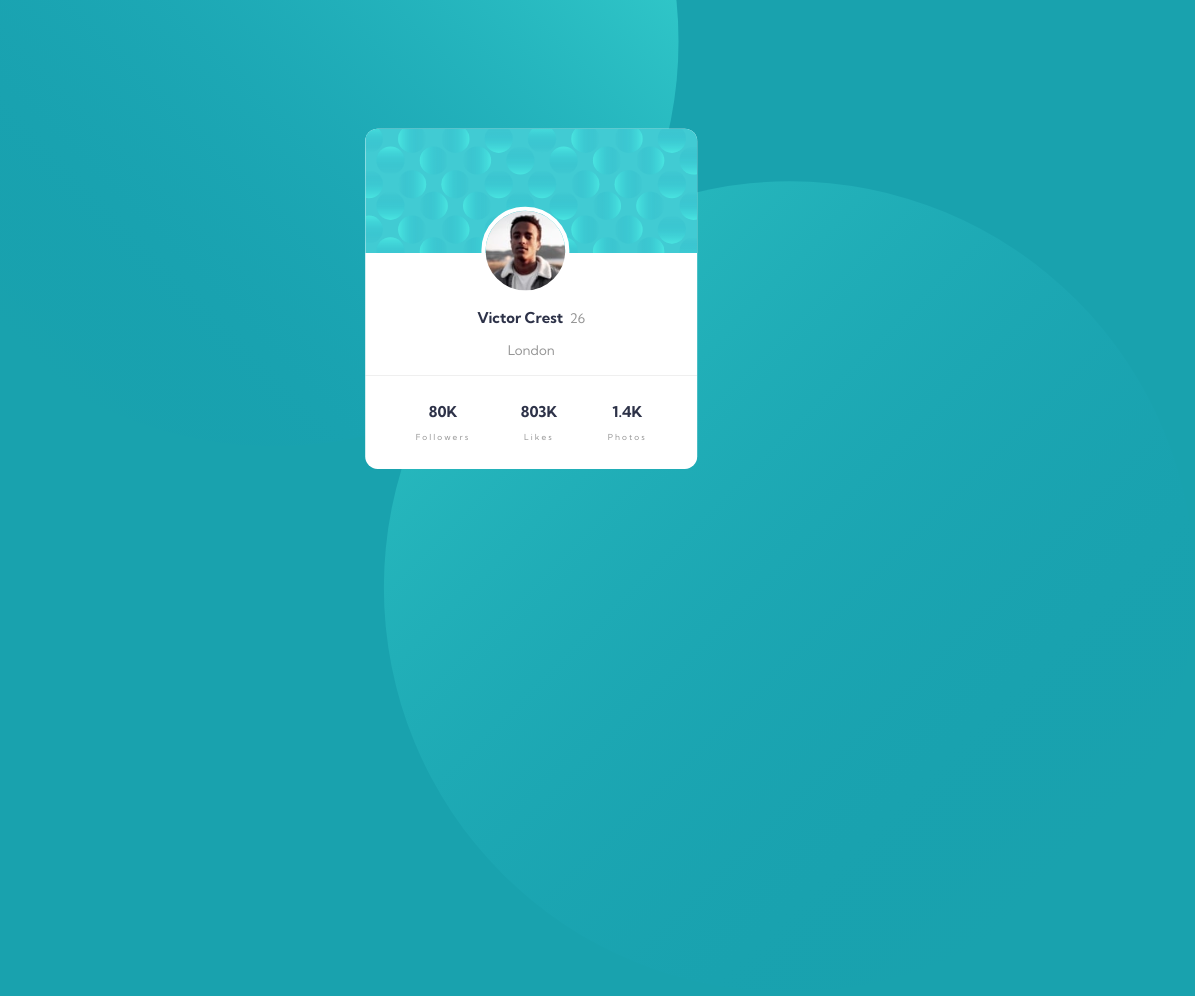
Repository: PratypartyY2K/frontendmentor-challenges
Page: profile-card-component-main/index.html
These files come from the project's save history. The page is drawn as it stood at one moment and after the next save; the edit follows.
The browser window is 1280 px wide. The page is 1440 px wide, so the pictures cover 1440 px, including what lies to the right of the window. The pictures show the whole page, at 83% of full size.

Above is the page before, as saved 2021-07-15 14:32:05.

### profile-card-component-main/index.html
<!DOCTYPE html>
<html lang="en">
  <head>
    <meta charset="UTF-8" />
    <meta name="viewport" content="width=device-width, initial-scale=1.0" />
    <!-- displays site properly based on user's device -->

    <link
      rel="icon"
      type="image/png"
      sizes="32x32"
      href="./images/favicon-32x32.png"
    />

    <title>Frontend Mentor | Profile card component</title>

    <link rel="stylesheet" href="style.css" />
  </head>
  <body>

    <div class="bg-upper-img">
      <img src="images/bg-pattern-top.svg">
    </div>

    <div class="card-wrapper">
      <div class="upper-div">
        <!--background-->
      </div>
      <img src="images/image-victor.jpg">
      <div class="middle-div">

          <div class="row-1"><h3>Victor Crest</h3>26</div>
          <div class="row-2">London</div>

      </div>
      <div class="stats">
        <div class="stat_element">
          <h3>80K</h3>
          Followers
        </div>
        <div class="stat_element">
          <h3>803K</h3>
          Likes
        </div>
        <div class="stat_element">
          <h3>1.4K</h3>
          Photos
        </div>
      </div>
    </div>

    <!--
    <div class="attribution">
      Challenge by
      <a href="https://www.frontendmentor.io?ref=challenge" target="_blank"
        >Frontend Mentor</a
      >. Coded by
      <a
        href="https://www.frontendmentor.io/profile/PratypartyY2K"
        target="_blank"
        >Pratyush</a
      >.

    </div>
  -->
    <div class="bg-bottom-img">
      <img src="images/bg-pattern-bottom.svg">
    </div>
  </body>
</html>

### profile-card-component-main/style.css
@import url("https://fonts.googleapis.com/css2?family=Kumbh+Sans:wght@400;700&display=swap");

:root {
  --primary-cyan: hsl(185, 75%, 39%);
  --primary-blue: hsl(229, 23%, 23%);
  --primary-grayish-blue: hsl(227, 10%, 46%);
  --neutral-dark-gray: hsl(0, 0%, 59%);
}

* {
    box-sizing: border-box;
}

body {
  font-family: "Kumbh Sans", sans-serif;
  position: relative;
  background-color: var(--primary-cyan);
  min-height: 100vh;
  display: flex;
  flex-direction: column;
  justify-content: center;
  align-items: center;
  margin: 0;
  overflow: hidden;
}

h3 {
    color: var(--primary-blue);
    font-weight: 700;
}

.card-wrapper {
    display: flex;
    flex-direction: column;
    background-color: white;
    width: 400px;
    position: relative;
    border-radius: 15px;
    overflow: hidden;
    text-align: center;
    color: var(--neutral-dark-gray);
}

.upper-div {
    background-image: url('images/bg-pattern-card.svg');
    background-repeat: no-repeat;
    background-size: cover;
    height: 150px;
}

.card-wrapper img {
    position: absolute;
    border-radius: 50%;
    border: 5px solid white;
    left: 35%;
    top: 23%;
}

.middle-div {
    display: flex;
    flex-direction: column;
    margin: 3rem 0 1.25rem 0;
}

.row-1 {
    display: flex;
    justify-content: center;
    align-items: center;
}

.row-1 h3 {
    padding: 0;
    margin-right: 0.5rem;
    font-size: 18px;
}

.stats {
    display: flex;
    justify-content: space-evenly;
    border-top: 0.5px solid hsla(0, 0%, 59%, 0.2);
}

.stat_element {
    display: flex;
    flex-direction: column;
    padding: 2rem 0;
    font-size: 10px;
    letter-spacing: 2.5px;
}

.stat_element h3 {
    margin: 0;
    margin-bottom: 0.75rem;
    font-size: 18px;
    letter-spacing: 0;
}

.bg-upper-img {
    position: absolute;
    top: -27.5rem;
    left: -10rem;
    right: 0;
    bottom: 0;
}

.bg-bottom-img {
    position: absolute;
    right: -10rem;
    bottom: -30rem;
    z-index:-1;
}





/*
.attribution {
  font-size: 11px;
  text-align: center;
}
.attribution a {
  color: hsl(228, 45%, 44%);
}
*/

After the next save:
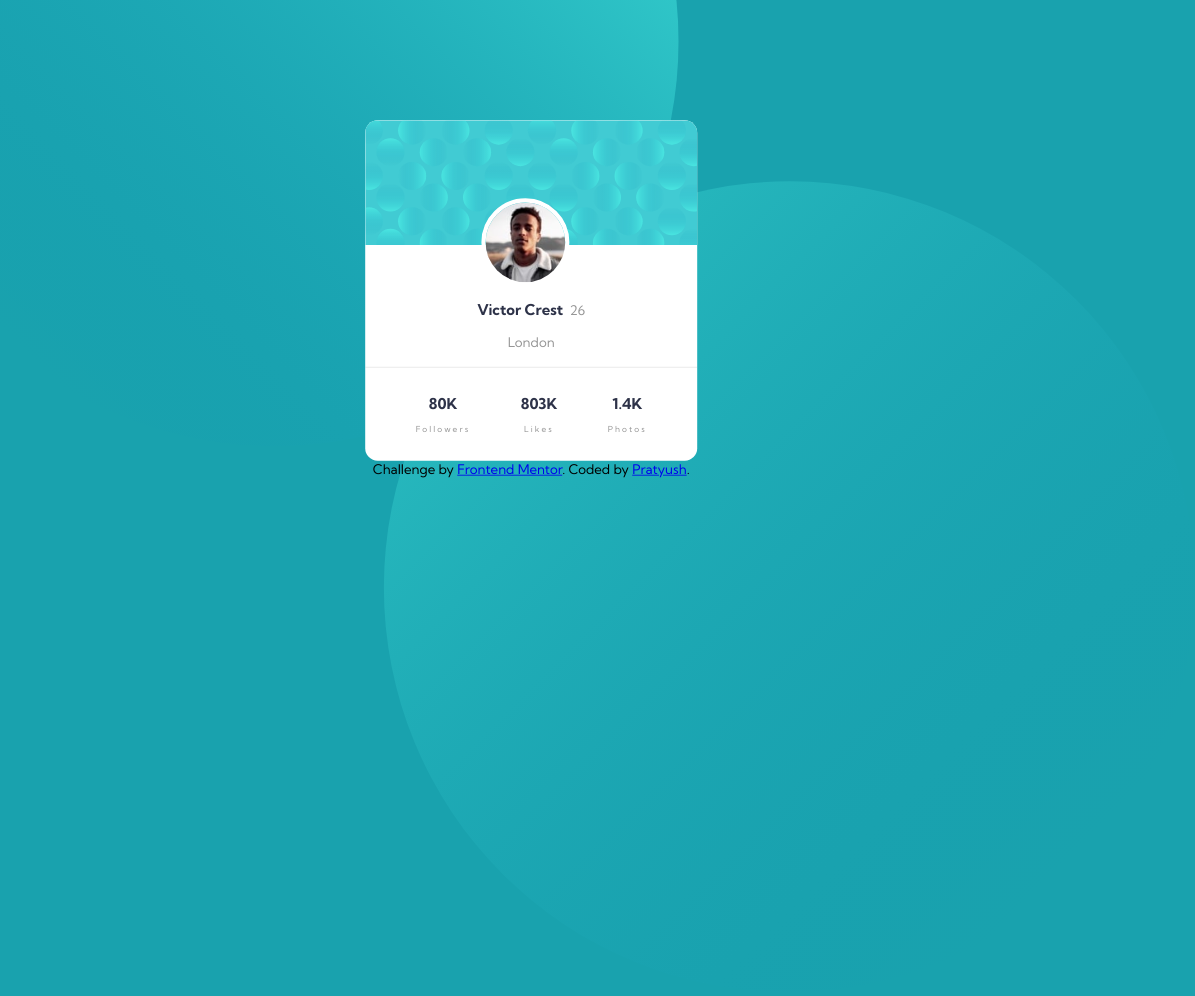
Saved 1 s later.
--- a/profile-card-component-main/index.html
+++ b/profile-card-component-main/index.html
@@ -49,7 +49,7 @@
       </div>
     </div>
 
-    <!--
+
     <div class="attribution">
       Challenge by
       <a href="https://www.frontendmentor.io?ref=challenge" target="_blank"
@@ -62,7 +62,7 @@
       >.
 
     </div>
-  -->
+
     <div class="bg-bottom-img">
       <img src="images/bg-pattern-bottom.svg">
     </div>
